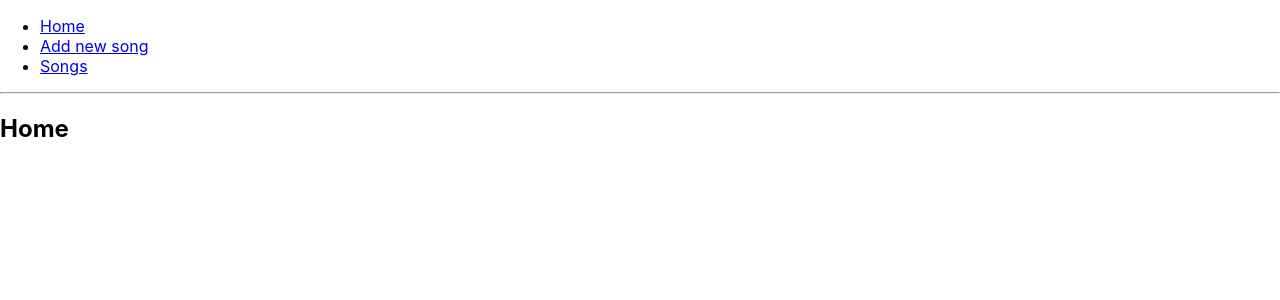
Repository: Trinvm1997/ReactCheckpoint
Page: /
An editor plug-in stored every save of this project. The page is shown before and after the next save, followed by the edit.
The browser window is 1280 px wide. The pictures show the whole page.
The project was rebuilt for these pictures with package versions that can differ from the ones it lists, and the page was loaded fresh each time. Also part of the build but not shown: src/App.css.

Above is the page before, as saved 2021-01-09 14:47:07.

After the next save:
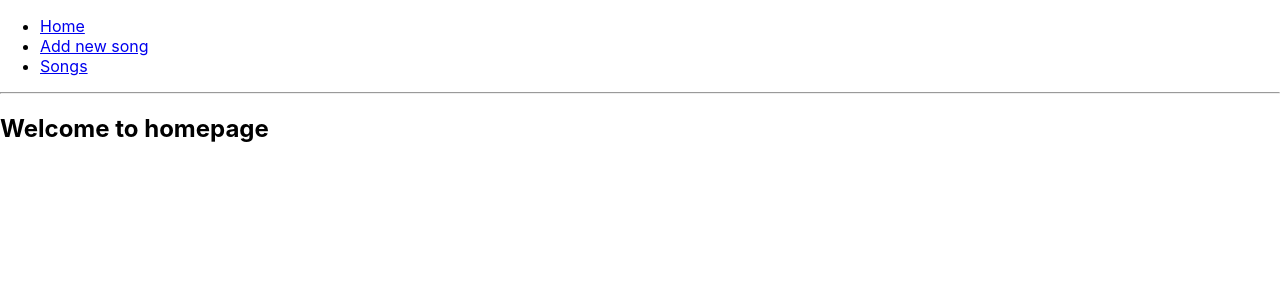
Saved 2 min 29 s later.
--- a/src/App.js
+++ b/src/App.js
@@ -17,10 +17,10 @@ function App() {
             <Link to="/">Home</Link>
           </li>
           <li>
-            <Link to="/about">Add new song</Link>
+            <Link to="/add">Add new song</Link>
           </li>
           <li>
-            <Link to="/dashboard">Songs</Link>
+            <Link to="/songs">Songs</Link>
           </li>
         </ul>
 
@@ -30,11 +30,11 @@ function App() {
           <Route exact path="/">
             <Home />
           </Route>
-          <Route path="/about">
-            <About />
+          <Route path="/add">
+            <Add />
           </Route>
-          <Route path="/dashboard">
-            <Dashboard />
+          <Route path="/songs">
+            <Songs />
           </Route>
         </Switch>
       </div>
@@ -45,20 +45,20 @@ function App() {
 function Home() {
   return (
     <div>
-      <h2>Home</h2>
+      <h2>Welcome to homepage</h2>
     </div>
   );
 }
 
-function About() {
+function Add() {
   return (
     <div>
-      <h2>About</h2>
+      <h2>Adding new song</h2>
     </div>
   );
 }
 
-function Dashboard() {
+function Songs() {
   return (
     <div>
       <h2>Dashboard</h2>
